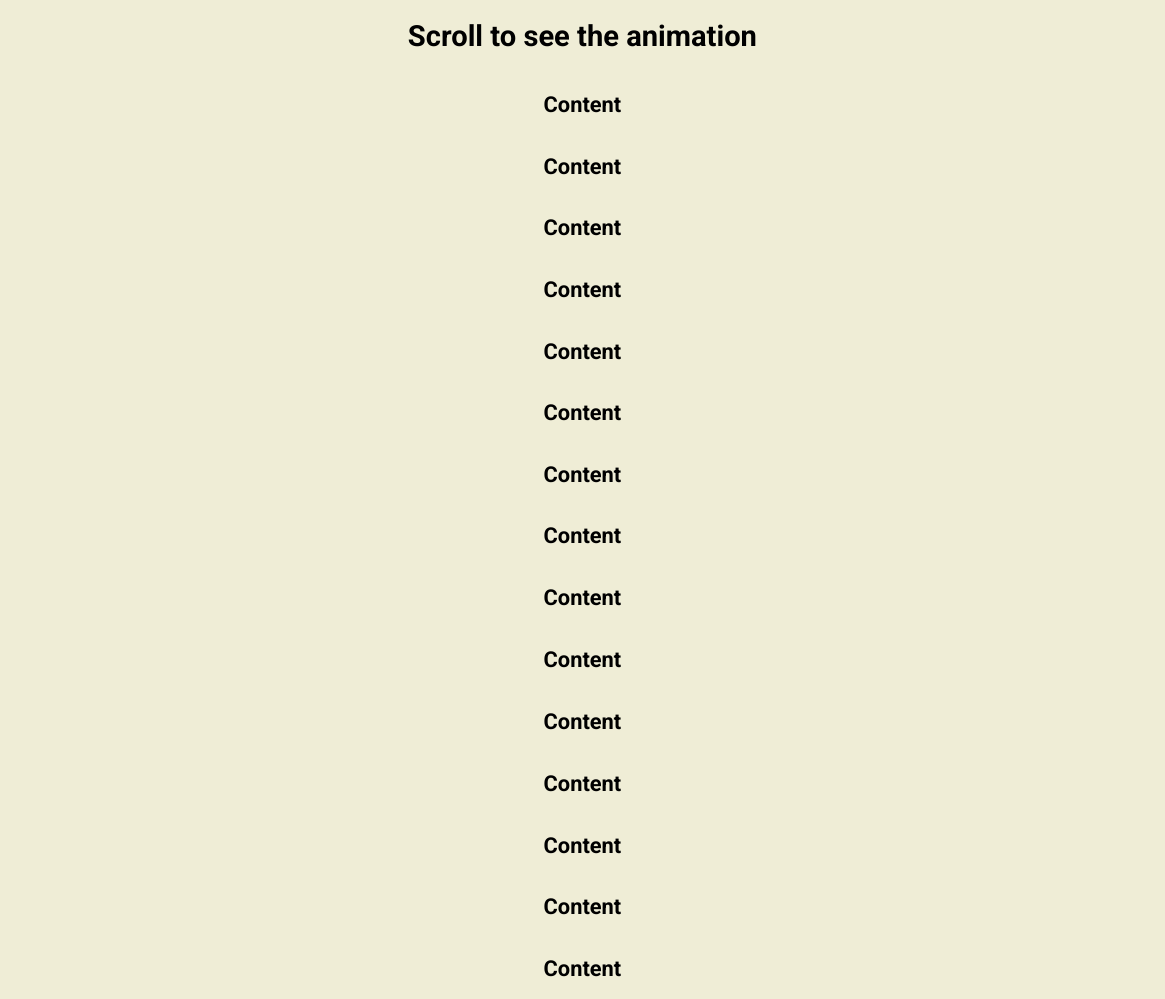
Repository: MMXiaohang/50projects50days-copy
Page: 6-scroll-animation/1-index.html
The author's editor kept a copy of each file at every save. The page is drawn from the files as they stood at one save, then again after the next save.
The browser window is 1280 px wide. The pictures show the whole page, at 91% of full size.

Above is the page before, as saved 2022-06-20 16:06:14.

### 6-scroll-animation/1-index.html
<!DOCTYPE html>
<html lang="en">
<head>
    <meta charset="UTF-8">
    <meta http-equiv="X-UA-Compatible" content="IE=edge">
    <meta name="viewport" content="width=device-width, initial-scale=1.0">
    <link rel="stylesheet" href="1-style.css">
    <title>Scroll Animation</title>
</head>
<body>
    <h1>Scroll to see the animation</h1>
    <div class="box"><h2>Content</h2></div>
    <div class="box"><h2>Content</h2></div>
    <div class="box"><h2>Content</h2></div>
    <div class="box"><h2>Content</h2></div>
    <div class="box"><h2>Content</h2></div>
    <div class="box"><h2>Content</h2></div>
    <div class="box"><h2>Content</h2></div>
    <div class="box"><h2>Content</h2></div>
    <div class="box"><h2>Content</h2></div>
    <div class="box"><h2>Content</h2></div>
    <div class="box"><h2>Content</h2></div>
    <div class="box"><h2>Content</h2></div>
    <div class="box"><h2>Content</h2></div>
    <div class="box"><h2>Content</h2></div>
    <div class="box"><h2>Content</h2></div>
    <script src="1-script.js"></script>
</body>
</html>

### 6-scroll-animation/1-style.css
@import url('https://fonts.googleapis.com/css2?family=Roboto:wght@400;700&display=swap');

*{
    box-sizing: border-box;
}

body{
    background-color: #efedd6;
    font-family: 'Roboto', sans-serif;
    display: flex;
    flex-direction: column;
    align-items: center;
    justify-content: center;
    margin: 0;
    overflow-x: hidden;
}

Loaded but not shown: 6-scroll-animation/1-script.js (no stored copy; drawn as an empty file)

After the next save:
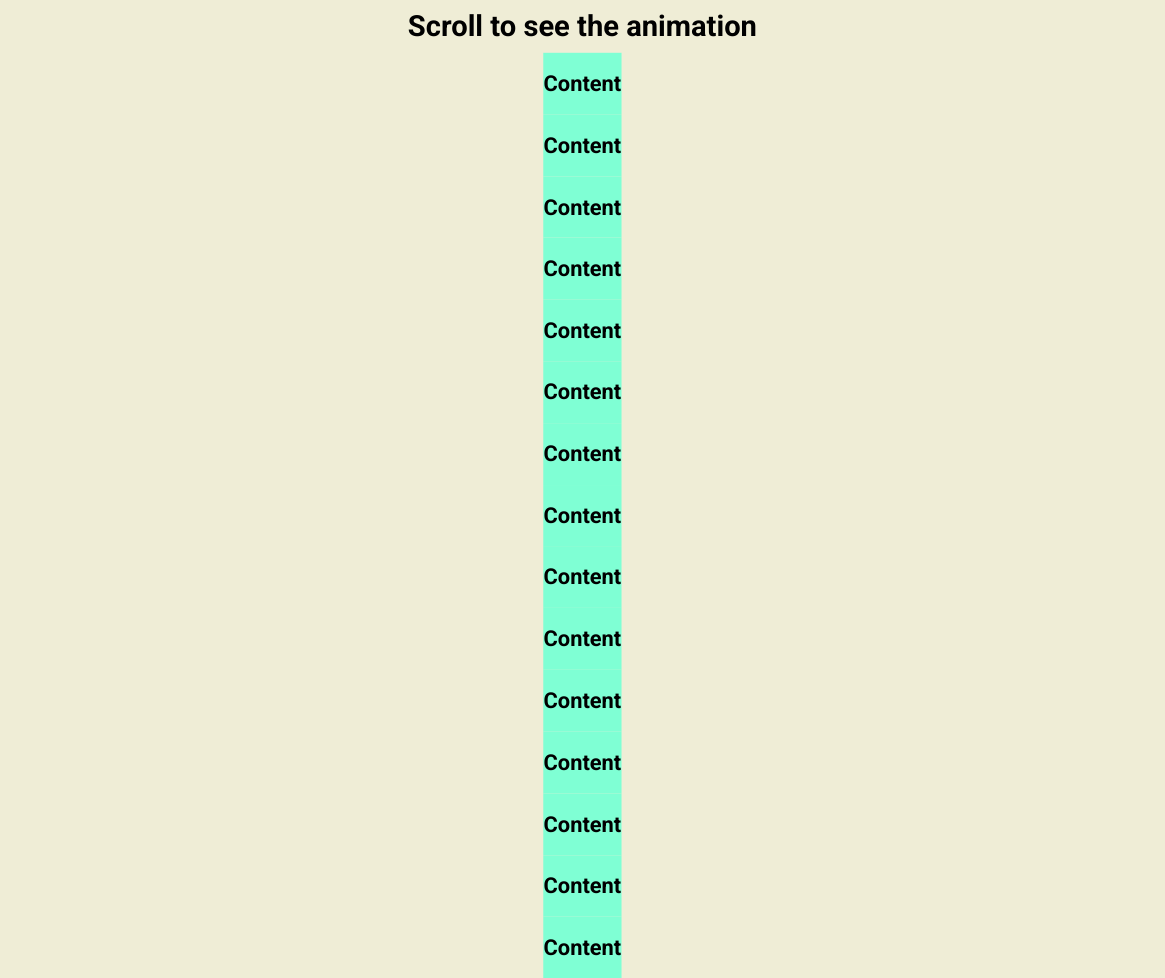
Saved 44 s later.
--- a/6-scroll-animation/1-style.css
+++ b/6-scroll-animation/1-style.css
@@ -14,3 +14,11 @@
     margin: 0;
     overflow-x: hidden;
 }
+
+h1{
+    margin: 10px;
+}
+
+.box{
+    background-color: aquamarine;
+}
